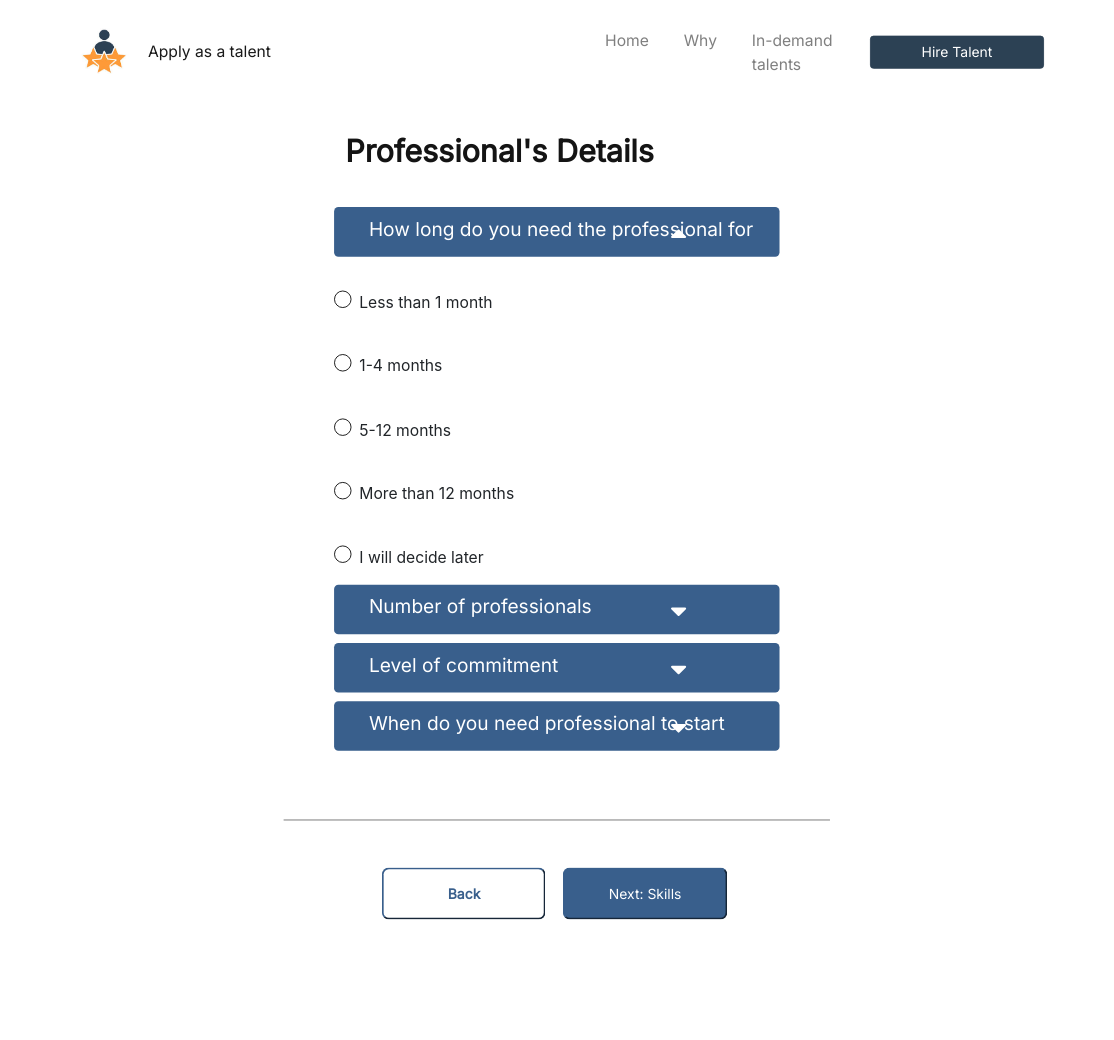
Repository: Ashwe9/talent-hire-reactJs
Page: /professionaldetails, after clicking the first element matching `div.dropdowns-box`
These files come from the project's save history. The page is drawn as it stood at one moment and after the next save; the edit follows.
The browser window is 1280 px wide. The pictures show the whole page, at 87% of full size.
The project was rebuilt for these pictures with package versions that can differ from the ones it lists, and the page was loaded fresh each time. Also part of the build but not shown: src/homePage/components/TrustedBy/TrustedBy.css, src/homePage/components/TrustedBy/TrustedBy.js, src/homePage/components/Roles/Roles.css, src/homePage/components/Roles/Roles.js, src/homePage/components/homePageFooter/HomePageFooter.css, src/homePage/components/homePageFooter/HomePageFooter.js, src/homePage/HomePage.js, src/kpisPage/Header.css and 9 more.

Above is the page before, as saved 2022-08-22 00:14:55.

### public/index.html
<!DOCTYPE html>
<html lang="en">
  <head>
    <meta charset="utf-8" />
    <link rel="icon" href="%PUBLIC_URL%/favicon.ico" />
    <meta name="viewport" content="width=device-width, initial-scale=1" />
    <meta name="theme-color" content="#000000" />
    <meta
      name="description"
      content="Web site created using create-react-app"
    />
    <link rel="manifest" href="%PUBLIC_URL%/manifest.json" />
    <link rel="stylesheet" href="https://stackpath.bootstrapcdn.com/bootstrap/4.4.1/css/bootstrap.min.css" integrity="sha384-Vkoo8x4CGsO3+Hhxv8T/Q5PaXtkKtu6ug5TOeNV6gBiFeWPGFN9MuhOf23Q9Ifjh" crossorigin="anonymous">
    <link href='https://fonts.googleapis.com/css?family=Inter' rel='stylesheet'>

    <title>App</title>
  </head>
  <body>
    <noscript>You need to enable JavaScript to run this app.</noscript>
    <div id="root"></div>
    <script src="https://code.jquery.com/jquery-3.4.1.slim.min.js" integrity="sha384-J6qa4849blE2+poT4WnyKhv5vZF5SrPo0iEjwBvKU7imGFAV0wwj1yYfoRSJoZ+n" crossorigin="anonymous"></script>
    <script src="https://cdn.jsdelivr.net/npm/popper.js@1.16.0/dist/umd/popper.min.js" integrity="sha384-Q6E9RHvbIyZFJoft+2mJbHaEWldlvI9IOYy5n3zV9zzTtmI3UksdQRVvoxMfooAo" crossorigin="anonymous"></script>
    <script src="https://stackpath.bootstrapcdn.com/bootstrap/4.4.1/js/bootstrap.min.js" integrity="sha384-wfSDF2E50Y2D1uUdj0O3uMBJnjuUD4Ih7YwaYd1iqfktj0Uod8GCExl3Og8ifwB6" crossorigin="anonymous"></script>  </body>
</html>

### src/App.js
import React from 'react'
import { BrowserRouter as Router, Route, Routes, Navigate } from 'react-router-dom';
import { HomePage } from './homePage/HomePage';
import KPISPage from './kpisPage/KPISPage';
import ProjectDetails from './projectDetails/ProjectDetails';
import ProfessionalDetails from './professionalDetails/ProfessionalDetails';

function App() {
  return (
    <Router>
      <Routes>
        <Route exact path="*" element={<Navigate to="/" replace />}/>
        <Route exact path="/" element={<HomePage />} />
        <Route exact path="/kpis" element={<KPISPage />} />
        <Route exact path="/projectdetails" element={<ProjectDetails />} />
        <Route exact path="/professionaldetails" element={<ProfessionalDetails />} />

      </Routes>
    </Router>
  );
}

export default App;

### src/professionalDetails/ProfessionalDetails.js
import React from 'react'
import './ProfessionalDetails.css'
import { Navbar } from '../shared-components/Navbar/Navbar'
import { Footer } from '../shared-components/Footer/Footer'
import DropDown from './DropDown'
import Header from './Header'

const ProfessionalDetails = () => {
  return (
    <div>
      <Navbar />
      <Header />
      <DropDown title="How long do you need the professional for"/>
      <DropDown title="Number of professionals"/>
      <DropDown title="Level of commitment"/>
      <DropDown title="When do you need professional to start"/>
      <Footer nextTitle="Next: Skills" nextPath="/skills" previousPath="/projectdetails" />
    </div>
  )
}

export default ProfessionalDetails

### src/shared-components/Navbar/Navbar.js
import React from 'react'
import './Navbar.css'
import { Navigate, useNavigate } from 'react-router-dom'

export const Navbar = () => {
  let navigate = useNavigate();

  return (
    <nav className="navbar navbar-expand-lg navbar-light">
      <img src= {require('../../assets/icon.png')} className="icon"/>
      <a className="navbar-brand title" href="#">Apply as a talent</a>
      <button className="navbar-toggler" type="button" data-toggle="collapse" data-target="#navbarText" aria-controls="navbarText" aria-expanded="false" aria-label="Toggle navigation">
        <span className="navbar-toggler-icon"></span>
      </button>
      <div className="collapse navbar-collapse" id="navbarText">
        <ul className="navbar-nav mr-auto">
          <li className="nav-item">
            <a className="nav-link" href="" onClick={() => {
                navigate('/', { replace: true });
              } }>Home</a>
          </li>

          <li className="nav-item">
            <a className="nav-link" href="#">Why</a>
          </li>
          <li className="nav-item">
            <a className="nav-link" href="#">In-demand talents</a>
          </li>
        </ul>
        <span className="navbar-text">
          <button className='btn btn-dark navbar-btn'>Hire Talent</button>
        </span>
      </div>
    </nav>
  )
}

### src/shared-components/Footer/Footer.js
import React from 'react'
import './Footer.css'
import { useNavigate  } from 'react-router-dom'


export  const Footer = ({nextTitle, nextPath, previousPath}) => {

  let navigate = useNavigate();

  const goNext = () => {
    let path =  nextPath;
    navigate(path);
  };
  const goBack = () => {
    let path =  previousPath;
    navigate(path);
  };

  return (
      <footer>
        <div className='Footer-box'>
            <hr id="footer-line"/>
            <div className='buttons'>
              <button className='Footer-button-back'
              onClick={goBack}
                >Back</button>

              <button className='Footer-button-next'
              onClick={goNext}
                >{nextTitle}</button>
        </div>
        </div>
      </footer>
    )
  }

### src/professionalDetails/DropDown.js
import {FaCaretDown, FaCaretUp} from 'react-icons/fa'
import React , { useState } from 'react'
import './DropDown.css'
import Details from './Details'


const DropDown = ({title}) => {
    const [x, setCount] = useState(0);
    const incrementCount = () => {
        setCount(x + 1);
      };

  return (
    <div>
        <div className='dropdowns-box' onClick={incrementCount} >
            <p className='dropdowns-title'>{title}</p>
            <a> { x%2===0 ? <FaCaretDown id='icons' size={30} style={{}} /> : <FaCaretUp id='icons' size={30} style={{}} />}</a>
        </div>
        {x%2===1 ? <Details title={title} /> : <></>}
    </div>
  )
}

export default DropDown

### src/professionalDetails/Header.js
import React from 'react'

const Header = () => {
  return (
    <div className='headers-box'>
        <p className='header'>
            Professional's Details
        </p>
    </div>
  )
}

export default Header

### src/shared-components/Navbar/Navbar.css
.icon{
    width: 80px;
}

.title{
    font-family: "Inter";
    font-style: normal;
    font-weight: 500;
    font-size: 18px;
    line-height: 28px;
    align-items: center;
    color: #444444;
    padding-left: 10px;
}

#navbarText{
    margin-left: 30%;
}
.navbar-items{
    margin: 0 35%;

}

.nav-item{
    font-family: "Inter";
    font-style: normal;
    font-weight: 500;
    font-size: 18px;
    align-items: center;
    color: #444444;
    padding-left: 24px;
}

.navbar-btn{
    font-family: "Inter";
    font-style: bold;
    background: #2c4154;
    /* padding: 5px 50px; */
    border-color: #2c4154;
    width: 200px;
}

.navbar{
    margin: 10px 5%;
}

@media only screen and (max-width: 600px) {
    body {
      background-color: lightblue;
    }
  }

### src/shared-components/Footer/Footer.css
#footer-line{
    background-color: gray;
    width: 50%;
}

.Footer-box{
    margin-top: 50px;
    padding: 1%;
}

.buttons{
    display: flex;
}

.Footer-button-back{
    margin-top: 3%;
    /* margin-left: 30%; */
    font-family: "Inter";
    font-style: bolder;
    font-weight: 700;
    padding: 1% 1%;
    background-color: white;
    border-color: #395f8c;
    color: #395f8c;
    height: 60px;
    width: 15%;
    border-radius: 0.5rem;
    margin-left: 34%;
    margin-bottom: 10%;
}
.Footer-button-next{
    margin-top: 3%;
    /* margin-left: 30%; */
    font-family: "Inter";
    font-style: bold;
    font-weight: 500;
    background: #395f8c;
    border-color: #395f8c;
    padding: 1% 1%;
    height: 60px;
    width: 15%;
    border-radius: 0.5rem;
    margin-bottom: 10%;
    margin-left: 20px;
    color: white;
    line-height: 1;
}

@media only screen and (max-width: 700px) {
    #footer-line{
        background-color: gray;
        width: 80%;
    }
    .Footer-button-next{
        padding: 2% ;
        height: 10%;
        width: fit-content;
        margin-left: 5%;
        font-size: 12px;
    }
    .Footer-button-back{
        padding: 2% ;
        height: 10%;
        width: 20%;
        margin-left: 20%;
        font-size: 12px;
    }
}

### src/projectDetails/Header.css
.headers-box{
    padding: 3%;
    padding-bottom: 0%;
    align-items: center;
    width: 40%;
    margin-left: 28%;
}

.header{
    font-family: "Inter";
    font-style: bolder;
    font-weight: 800;
    font-size: 35px;
    line-height: 30px;
    align-items: center;
    color: #141414;
    margin-bottom: 50px;
}

.header-by-title{
    font-family: "Inter";
    font-style: bolder;
    font-weight: 700;
    font-size: 25px;
    line-height: 30px;
    align-items: center;
    color: #141414;
}


@media only screen and (max-width: 700px) {

    .header-by-title{
        font-size: 16px;
    }

    .header-box{
        margin-left: 40px;
        width: 100%;
    }
  }
@media only screen and (max-width: 450px) {
    .header-by-title{
        font-size: 13px;
    }
    .header-box{
        margin-left: 70px;
        width: 100%;
    }
}

### src/professionalDetails/DropDown.css
.dropdowns-box{
    padding-top: 10px;
    padding-bottom: 1px;
    width: 40%;
    background-color: #395f8c;
    border-radius: 5px;
    display: flex;
    cursor: pointer;
    margin-bottom: 10px;
    margin-left: 30%;

}

.dropdowns-title{
    font-family: "Inter";
    font-style: bolder;
    font-weight: 300;
    font-size: 22px;
    line-height: 30px;
    align-items: center;
    color: white;
    margin-left: 40px;
}

#icons{
    color: white;
    position:absolute;
    right:480px;
}


@media only screen and (max-width: 700px) {

    .dropdowns-title{
        font-size: 16px;
        margin-left: 15px;
    }

    .dropdowns-box{
        margin-left: 60px;
        width: 75%;
    }
    #icon{
        opacity: 0;
    }
  }
@media only screen and (max-width: 450px) {
    .dropdowns-title{
        font-size: 11px;
        margin-left: 0;
    }
    .dropdowns-box{
        margin-left: 30px;
        width: 60%;
    }

    #icon{
        opacity: 0;
    }
}

### src/kpisPage/Talents.css
.talents-box{
    margin-left: 515px;
}

.talent-item-active{
    background: #FFFFFF;
    border: 1px solid #395F8C;
    box-sizing: border-box;
    box-shadow: 0px 4px 14px 1px rgba(0, 0, 0, 0.04);
    border-radius: 6px;
    display: flex;
    padding: 10px;
    padding-right: 32px;
    width: fit-content;
    margin-right: 10px;
}

#icons{
    color: #395F8C;
    position:absolute;
    margin-top: 5px;
    margin-left: 15px;
    margin-right: 5px;
}

.talent-item{
    opacity: 0.8;
    background: #f0f0f0;
    border: 0.2px solid #f0f0f0;
    box-sizing: border-box;
    box-shadow: 0px 2px 14px 1px rgba(0, 0, 0, 0.06);
    border-radius: 6px;
    display: flex;
    padding: 10px;
    padding-right: 32px;
    width: fit-content;
    margin-right: 10px;
}


.talent-item-paragraph-active{
    font-family: "Inter";
    font-style: normal;
    font-weight: bolder;
    font-size: 16px;
    display: flex;
    align-items: center;
    color: #395f8c;
}

.talent-item-paragraph{
    font-family: "Inter";
    font-style: normal;
    font-weight: normal;
    font-size: 16px;
    display: flex;
    align-items: center;
    opacity: 0.8;
    color: #6d7686;
}


@media only screen and (max-width: 700px) {
    .talent-item-paragraph-active{
        font-size: 10px;
    }

    .talent-item-paragraph{
        font-size: 10px;
        font-weight: bold;
    }

    .talents-box{
        margin-left: 80px;
    }

    .talent-item{
        opacity: 0.8;
        background: #f0f0f0;
        box-sizing: border-box;
        display: flex;
        width: fit-content;
        margin-bottom: 5px;
    }

    .talent-item-active{
        opacity: 0.8;
        background: #f0f0f0;
        box-sizing: border-box;
        display: flex;
        width: fit-content;
    }

    #icons{
        color: #395F8C;
        position:absolute;
        margin-top: 2px;
        margin-left: 2px;
        margin-right: 0.5px;
    }
  }
@media only screen and (max-width: 450px) {
    .talent-item-paragraph-active{
        font-size: 8px;
    }

    .talent-item-paragraph{
        font-size: 8px;
    }
    .talents-box{
        margin-left: 110px;
    }

    .talent-item{
        opacity: 0.8;
        background: #f0f0f0;
        box-sizing: border-box;
        display: flex;
        width: fit-content;
    }

    .talent-item-active{
        opacity: 0.8;
        background: #f0f0f0;
        box-sizing: border-box;
        display: flex;
        width: fit-content;
    }
}

input[type="checkbox"] { /* change "blue" browser chrome to yellow */
    filter: invert(20%) hue-rotate(15deg) brightness(1.4);
  }

### src/professionalDetails/Details.css
.detailpro-item{
    margin-left: 30%;
    margin-top: 3%;
    font-size: large;
}

.detailpro-item-active{
    margin-left: 30%;
    margin-top: 3%;
    font-size: large;
    color: #48a97b;
}

input[type="radio"]{
  -webkit-appearance: none;
  -moz-appearance: none;
  appearance: none;
  /* create custom radiobutton appearance */
  display: inline-block;
  width: 20px;
  height: 20px;
  padding: 4px;
  /* background-color only for content */
  background-clip: content-box;
  border: 1.5px solid black;
  background-color: transparent;
  border-radius: 50%;
  margin-right: 1%;

}

input[type="radio"]:checked{
    -webkit-appearance: none;
    -moz-appearance: none;
    appearance: none;
    /* create custom radiobutton appearance */
    display: inline-block;
    width: 20px;
    height: 20px;
    padding: 4px;
    /* background-color only for content */
    background-clip: content-box;
    border: 1.5px solid #48a97b;
    background-color: #48a97b;
    border-radius: 50%;
    margin-right: 1%;
}

Loaded but not shown: src/index.js (common file); src/reportWebVitals.js (common file); src/professionalDetails/Details.js (108 lines, source omitted); src/index.css (no stored copy; drawn as an empty file); src/kpisPage/KPISPage.css (no stored copy; drawn as an empty file); src/professionalDetails/ProfessionalDetails.css (no stored copy; drawn as an empty file)

After the next save:
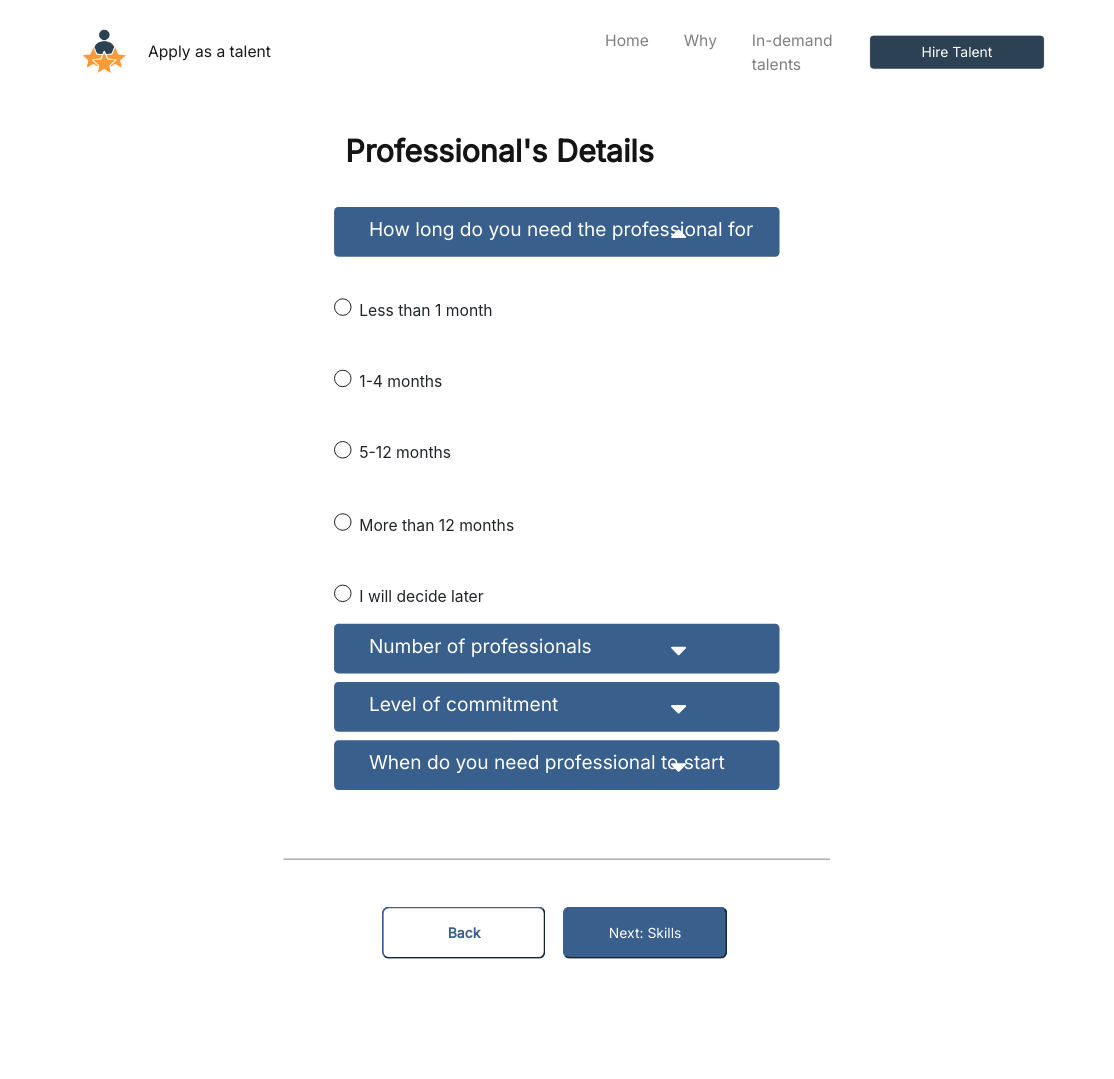
Saved 22 s later.
--- a/src/professionalDetails/Details.css
+++ b/src/professionalDetails/Details.css
@@ -26,7 +26,7 @@
   background-color: transparent;
   border-radius: 50%;
   margin-right: 1%;
-
+  margin-top: 1%;
 }
 
 input[type="radio"]:checked{

After the save that followed:
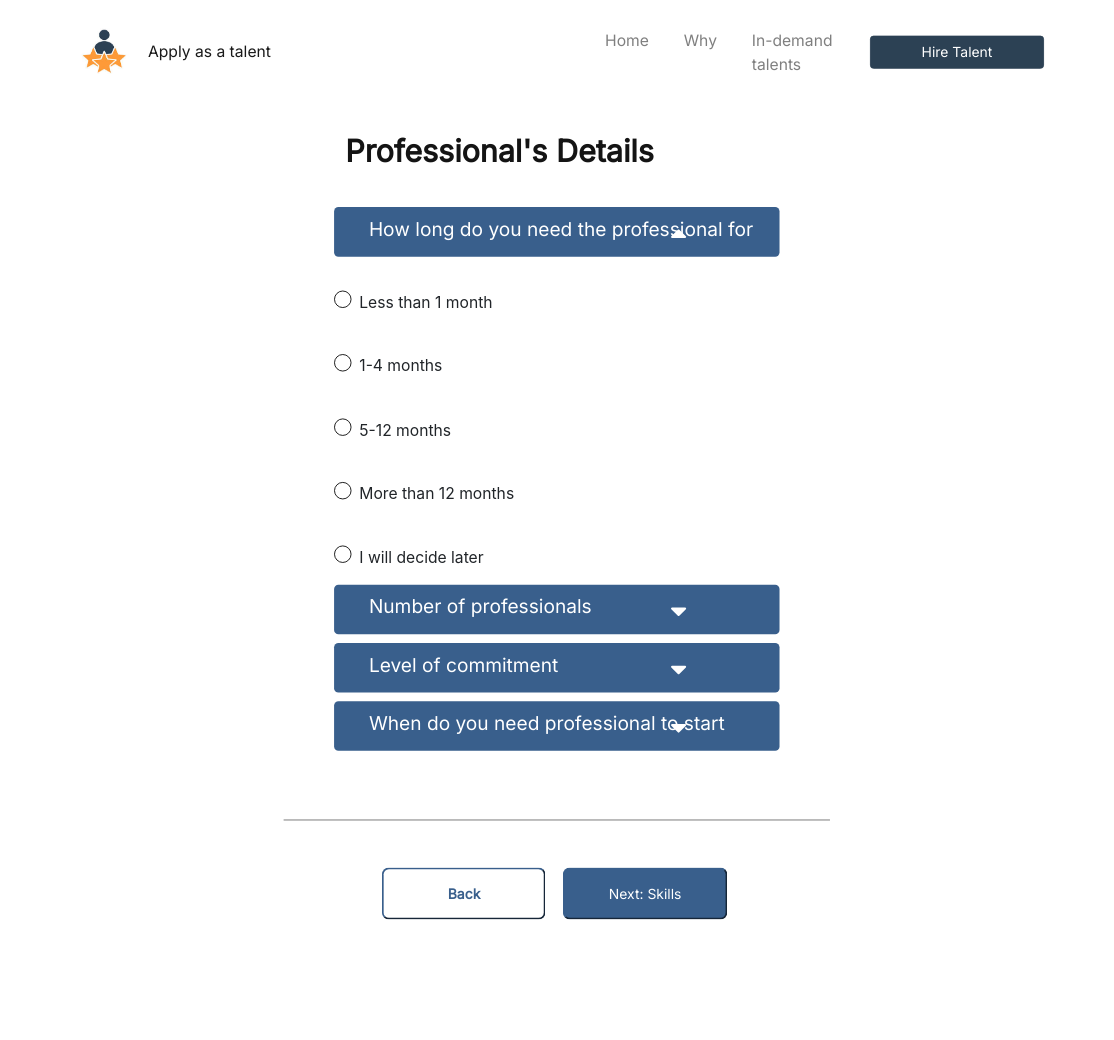
Saved 11 s later.
--- a/src/professionalDetails/Details.css
+++ b/src/professionalDetails/Details.css
@@ -26,7 +26,6 @@
   background-color: transparent;
   border-radius: 50%;
   margin-right: 1%;
-  margin-top: 1%;
 }
 
 input[type="radio"]:checked{
